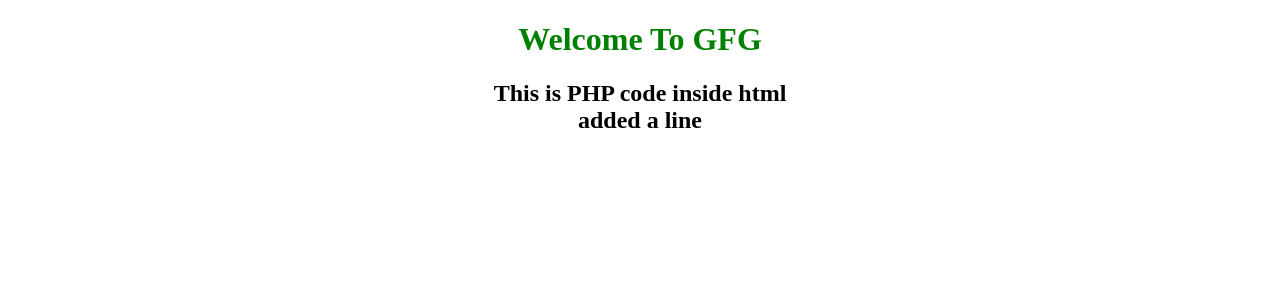
Repository: Sahanaranjith/php_projectgh
Page: http://localhost/example1.php
The author's editor kept a copy of each file at every save. The page is drawn from the files as they stood at one save, then again after a run of saves.
The browser window is 1280 px wide. The pictures show the whole page.
The page is run by PHP 8.4 with error messages shown; the project is at /var/www/html/.

Above is the page before, as saved 2022-12-14 11:04:00.

### example1.php
<!DOCTYPE html>
<html>

<head>
    <style>
        h1 {
            color: green;
        }
    </style>
</head>

<body>
    <center>
        <h1>Welcome To GFG</h1>

        <h2>
            <?php
            echo "This is PHP code inside html<br>";
            echo "added a line";
            ?>
        </h2>
    </center>
</body>

</html>

After the next 2 saves:
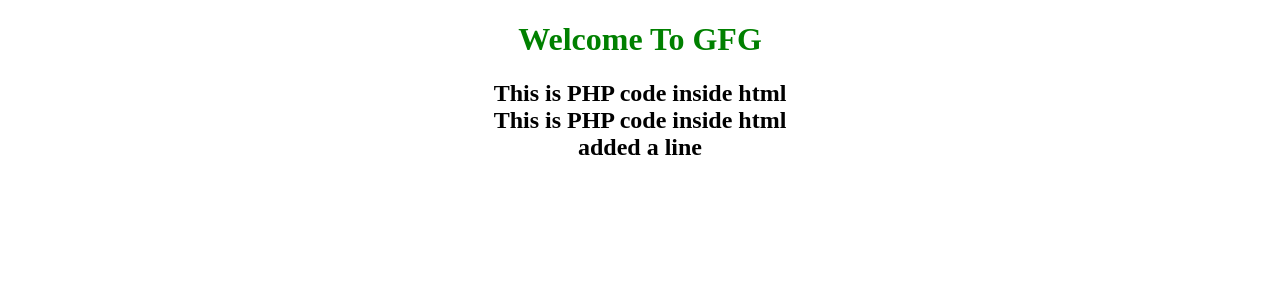
The 2 saves are shown as one change because they came seconds apart.
The last was saved 96 s later.
--- a/example1.php
+++ b/example1.php
@@ -16,6 +16,7 @@
         <h2>
             <?php
             echo "This is PHP code inside html<br>";
+            echo "This is PHP code inside html<br>";
             echo "added a line";
             ?>
         </h2>
